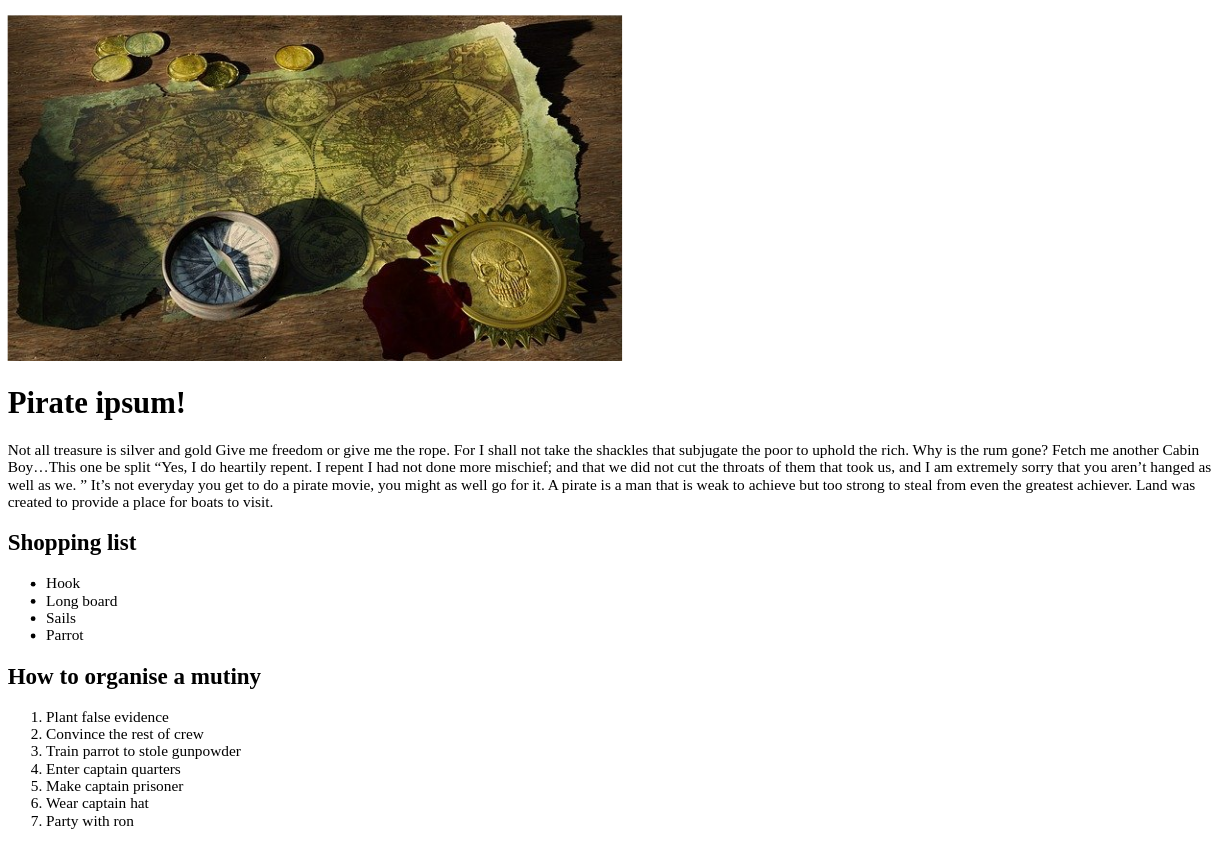
Repository: Colo-Codes/code-practice
Page: 01-html-practice-1.html
These files come from the project's save history. The page is drawn as it stood at one moment and after the next save; the edit follows.
The browser window is 1280 px wide. The pictures show the whole page, at 96% of full size.

Above is the page before, as saved 2021-04-22 10:58:41.

After the next save:
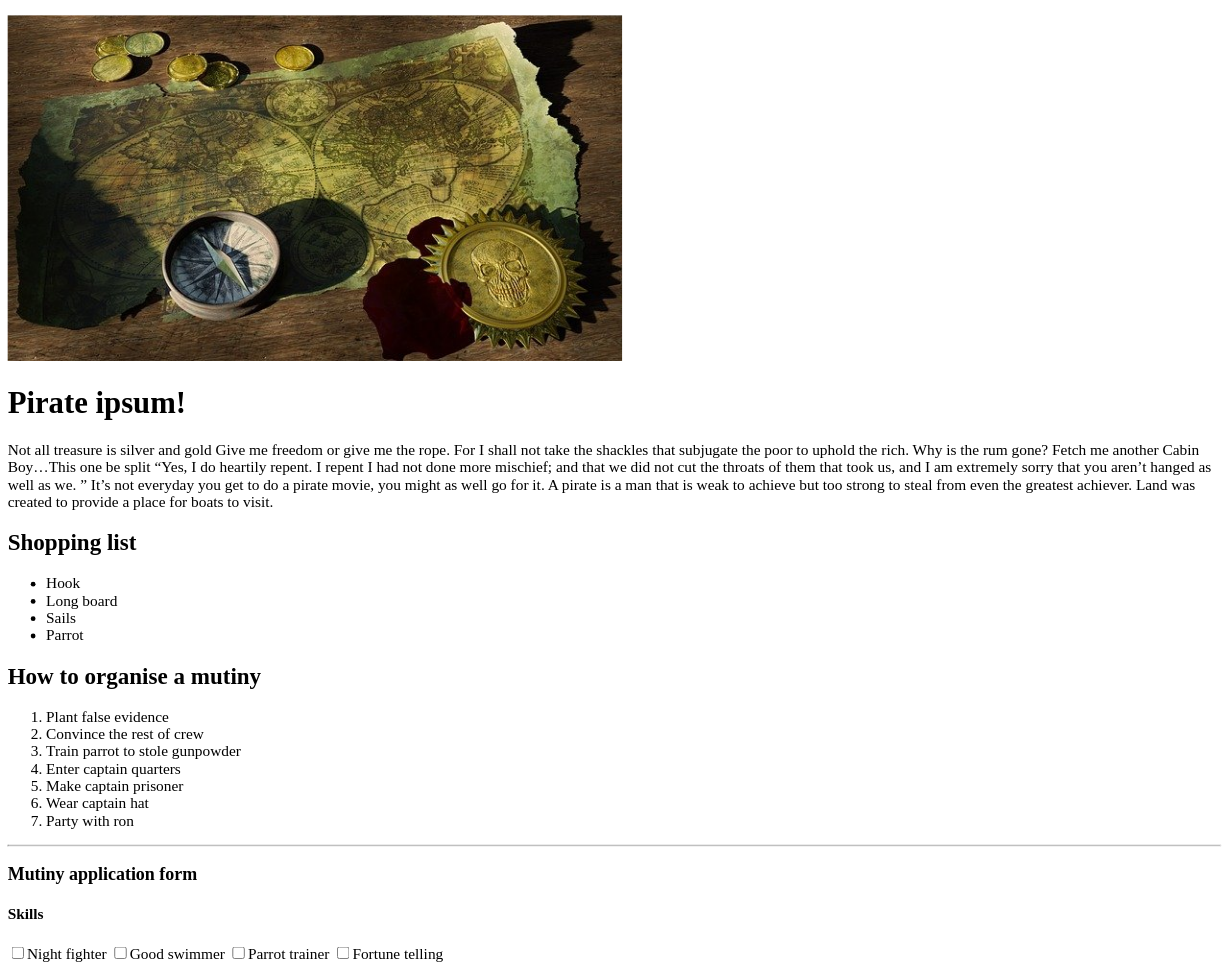
Saved 10 min 5 s later.
--- a/01-html-practice-1.html
+++ b/01-html-practice-1.html
@@ -27,5 +27,14 @@
         <li>Wear captain hat</li>
         <li>Party with ron</li>
     </ol>
+    <hr>
+    <form action="#">
+        <h3>Mutiny application form</h3>
+        <h4>Skills</h4>
+        <label for="nigth-f"><input id="nigth-f" type="checkbox" name="skills">Night fighter</label>
+        <label for="swimmer"><input id="swimmer" type="checkbox" name="skills">Good swimmer</label>
+        <label for="parrot-t"><input id="parrot-t" type="checkbox" name="skills">Parrot trainer</label>
+        <label for="fortune-t"><input id="fortune-t" type="checkbox" name="skills">Fortune telling</label>
+    </form>
 </body>
 </html>
